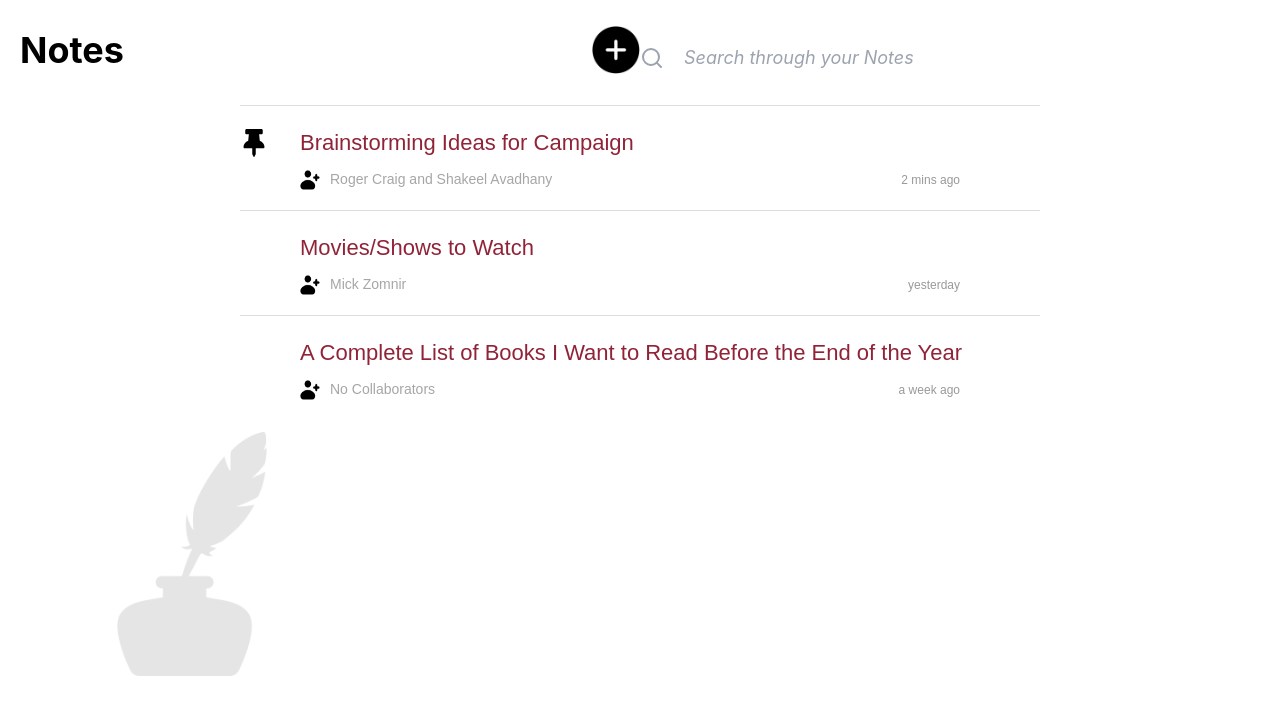
Repository: shabiasaeed/Notes-app
Page: /
An editor plug-in stored every save of this project. The page is shown before and after the next save, followed by the edit.
The browser window is 1280 px wide. The pictures show the whole page.
The project was rebuilt for these pictures with package versions that can differ from the ones it lists, and the page was loaded fresh each time. Also part of the build but not shown: src/components/Header.css.

Above is the page before, as saved 2025-01-01 17:57:16.

### src/App.js
import React, { useState } from 'react';
import Header from './components/Header';
import Note from './components/Note';
import './App.css';
import backgroundInk from './assets/ink-background-element.png';

//Component to handle the rendering of the header and note compnents
function App() {
  // Displaying few static notes
  const [notes, notesList] = useState([
    {
      title: "Brainstorming Ideas for Campaign",
      author: "Roger Craig and Shakeel Avadhany",
      time: "2 mins ago",
      pinned: true
    },
    {
      title: "Movies/Shows to Watch",
      author: "Mick Zomnir",
      time: "yesterday",
      pinned: false
    },
    {
      title: "A Complete List of Books I Want to Read Before the End of the Year",
      author: "No Collaborators",
      time: "a week ago",
      pinned: false
    }
  ]);

  function handleDelete(title){
    notesList(notes.filter( note => note.title !== title))
  }

  function handlePinToggle(title){
    notesList(prevNotes => prevNotes.map(note => note.title === title ? { ...note, pinned: !note.pinned } : note));
  };

  // Search state
  const [searchNotes, setSearchNotes] = useState('');

  // Filter notes based on search
  const filteredNotes = notes.filter(note => note.title.toLowerCase().includes(searchNotes.toLowerCase()));

  // Pinned notes to appear at the top
  const sortedNotes = filteredNotes.sort((a, b) => b.pinned - a.pinned);

  return (
    <div className="App">
      <Header setSearchNotes={setSearchNotes}/>
      <main>
        <img src={backgroundInk} alt="Ink Element" className="ink-element"/>
        {sortedNotes.map((note, index) => (
          <Note key={index} title={note.title} author={note.author} time={note.time} pinned={note.pinned} onDelete={handleDelete} onPinToggle={handlePinToggle}/>
        ))}
      </main>
    </div>
  );
}

export default App;

### src/components/Header.js
import React from 'react';
import './Header.css';
import addButton from '../assets/add-button.png';
import { FiSearch } from 'react-icons/fi';

// Component to handle the display of the application's header section
const Header = ({ setSearchNotes }) => {
  return (
    <header className="p-5 flex items-center">
      <div className="flex items-center justify-between w-full max-w-4xl">
        <h1 className="text-4xl font-bold text-black">Notes</h1>
        <button className="bg-transparent border-none cursor-pointer">
          <img src={addButton} alt="Add" className="w-12 h-12"/>
        </button>
      </div>
      <div className="flex items-center w-full max-w-4xl mt-4">
        <FiSearch className="w-6 h-6 text-gray-400 mr-3" />
        <input type="text" placeholder="Search through your Notes" className="flex-grow border-none outline-none p-2 text-lg italic placeholder-gray-400" onChange={(e) => setSearchNotes(e.target.value)}/>
      </div>
    </header>
  );
};

export default Header;

### src/components/Note.js
import React, { useState } from 'react';
import './Note.css';
import userIcon from '../assets/user-icon.png';
import { FiTrash } from 'react-icons/fi';
import { FaThumbtack } from 'react-icons/fa';
import { TbPinned } from 'react-icons/tb';

//Component to handle the display of the note's section
const Note = ({ title, author, time, pinned, onDelete, onPinToggle }) => {
  const [isHovered, setIsHovered] = useState(false); //State for checking whether the note is hovered


  return (
    <div className="note" onMouseEnter={() => setIsHovered(true)} onMouseLeave={() => setIsHovered(false)}>
      <div className={`note-header ${pinned ? 'pinned' : 'unpinned'}`}>
      {pinned ? (<FaThumbtack className="pin-icon" onClick={() => onPinToggle(title)}/>) : (isHovered && (<TbPinned className="pin-icon" onClick={() => onPinToggle(title)}/>))}
        <h2>{title}</h2>
        {isHovered && (<FiTrash className="delete-icon" onClick={() => onDelete(title)}/>)}
      </div>
      <div className="note-footer">
        <img src={userIcon} alt="User" className="user-icon"/>
        <p>{author}</p>
        <span>{time}</span>
      </div>
    </div>
  );
};

export default Note;

### src/App.css
main {
  padding: 5px;
  position: relative;
  display: flex;
  flex-direction: column;
  align-items: center;
  font-family: Arial, sans-serif;
}

/* Styling for background element */
.ink-element {
  position: fixed;
  top: 60%;
  left: 15%;
  transform: translateX(-50%);
  z-index: -1;
  width: 150px;
}

### src/components/Note.css
/* Styling for notes */
.note {
    padding: 20px;
    border-top: 1px solid #ddd;
    position: relative;
    display: flex;
    flex-direction: column;
    width: 100%;
    max-width: 800px;
    margin: 0 auto;
}

.note-header {
    display: flex;
    align-items: center;
    padding-left: 30px;
}

.note-header h2 {
    margin: 0 0 0 10px;
    font-size: 22px;
    color: #912338;
}

.pin-icon {
    width: 28px;
    height: 28px;
    position: absolute;
    left: 0;
    cursor: pointer;
}

.note-footer {
    display: flex;
    align-items: center;
    margin-top: 10px;
    padding-left: 40px;
    position: relative;
}

.note-footer img {
    width: 20px;
    height: 20px;
    margin-right: 10px;
}

.note-footer p {
    margin: 0;
    font-size: 14px;
    color: #a6a6a6;
}

.note-footer span {
    margin-left: auto;
    font-size: 12px;
    color: #999;
    margin-right: 60px;
}

/* Styling for delete icon */
.delete-icon {
    cursor: pointer;
    position: absolute;
    right: 10px;
}

Loaded but not shown: public/index.html (common file); src/index.js (common file); src/index.css (common file); src/reportWebVitals.js (common file); tailwind.config.js (common file)

After the next save:
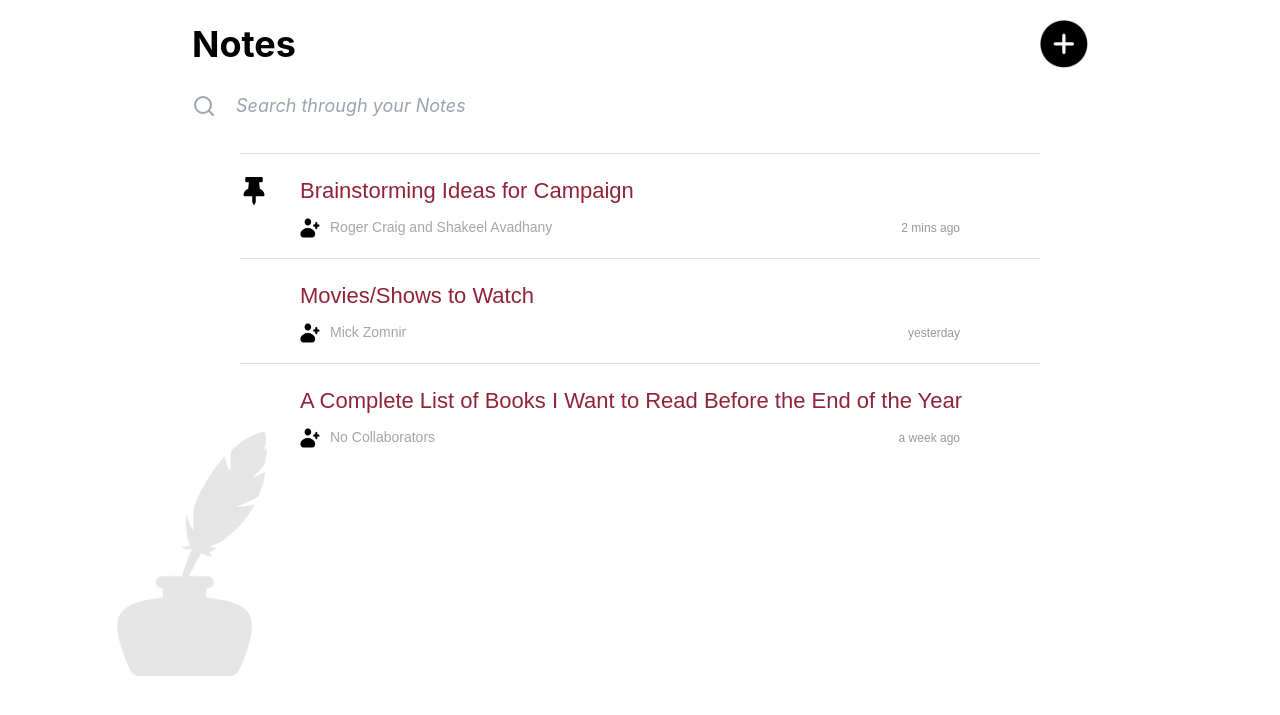
Saved 5 s later.
--- a/src/components/Header.js
+++ b/src/components/Header.js
@@ -6,7 +6,7 @@ import { FiSearch } from 'react-icons/fi';
 // Component to handle the display of the application's header section
 const Header = ({ setSearchNotes }) => {
   return (
-    <header className="p-5 flex items-center">
+    <header className="p-5 flex flex-col items-center">
       <div className="flex items-center justify-between w-full max-w-4xl">
         <h1 className="text-4xl font-bold text-black">Notes</h1>
         <button className="bg-transparent border-none cursor-pointer">
